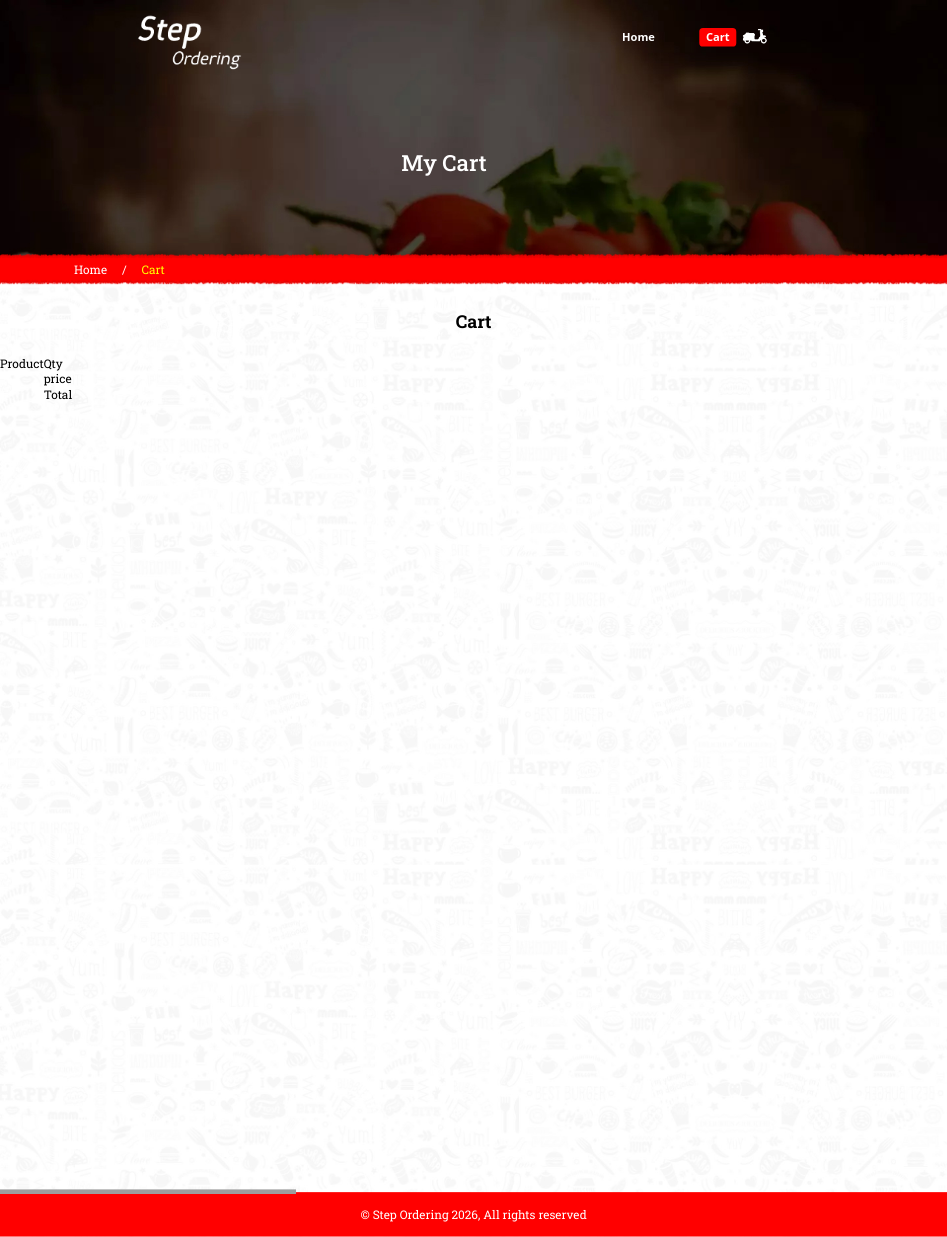
Repository: anastasia29-step/OnlineRestaurant
Page: cart/cart.html
These files come from the project's save history. The page is drawn as it stood at one moment and after the next save; the edit follows.
The browser window is 1280 px wide. The pictures show the whole page, at 74% of full size.
Pictures or frames that could not be fetched are drawn as grey boxes. The page's requests for data from a server got no answer. Some web libraries are served in a nearby version.

Above is the page before, as saved 2026-03-12 18:18:34.

### cart/cart.html
<!DOCTYPE html>
<html lang="en">

<head>
    <meta charset="UTF-8">
    <meta name="viewport" content="width=device-width, initial-scale=1.0">
    <title>Document</title>
    <link rel="stylesheet" href="../style.css">
    <link rel="stylesheet" href="./cart.css">
    <link rel="preconnect" href="https://fonts.googleapis.com">
    <link rel="preconnect" href="https://fonts.gstatic.com" crossorigin>
    <link href="https://fonts.googleapis.com/css2?family=Roboto+Slab:wght@100..900&display=swap" rel="stylesheet">
    <link rel="stylesheet" href="https://cdnjs.cloudflare.com/ajax/libs/font-awesome/7.0.1/css/all.min.css"
        integrity="sha512-2SwdPD6INVrV/lHTZbO2nodKhrnDdJK9/kg2XD1r9uGqPo1cUbujc+IYdlYdEErWNu69gVcYgdxlmVmzTWnetw=="
        crossorigin="anonymous" referrerpolicy="no-referrer" />
</head>

<body>
    <section class="FirstLine">

        <div class="beside" id="navbar">
            <div class="left">
                <a href="../index.html"><img src="../photo/logo.png" alt=""></a>
            </div>

            <div class="right">
                <a href="../index.html">Home</a>
                <a href="./cart.html" class="a">Cart</a>
                <a href="./cart.html">
                    <img src="../photo/istockphoto-609074524-612x612 Background Removed.png" alt=""></a>
            </div>
        </div>

        <div class="bottom">
            <h1>My Cart</h1>
        </div>

    </section>

    <div class="fisrtimg">
        <img src="../photo/border.png" alt="" class="firBorder">
    </div>

    <section class="SecondLine">
        <a href="../index.html">Home</a>
        <p>/</p>
        <a href="./cart.html">Cart</a>
    </section>

    <div class="secondimg">
        <img src="../photo/border.png" alt="" class="firBorder">
    </div>

    <section class="thirdsection">
        <h1>Cart</h1>
    </section>

    <section class="fourthsection">
        <p>Product</p>
        <div class="right">
            <p>Qty</p>
            <p>price</p>
            <p>Total</p>
        </div>
    </section>

    <ul class="kalataList"></ul>

    <footer>
        <p>© Step Ordering 2026, All rights reserved</p>
    </footer>

    <script src="./cart.js"></script>
</body>

</html>

### style.css
* {
    margin: 0;
    padding: 0;
    box-sizing: border-box;
}

.section {
    display: flex;
    flex-direction: column;
    justify-content: center;
    align-items: center;
    padding: 60px;
    gap: 10px;
}

section.section img {
    width: 80%;
    height: 5px;
    display: flex;
    justify-content: center;
    align-items: center;
}

.section h1 {
    font-style: bold;
    font-family: "Roboto Slab", serif;
    font-weight: 900;
}

ul {
    display: flex;
    justify-content: center;
    height: 80px;
    flex-wrap: wrap;
    list-style: none;
    font-weight: 400;
    gap: 18px;
    font-family: system-ui, -apple-system, BlinkMacSystemFont, 'Segoe UI', Roboto, Oxygen, Ubuntu, Cantarell, 'Open Sans', 'Helvetica Neue', sans-serif;
    align-items: center;
    margin-bottom: -12px;
}

ul::after {
    content: "";
    display: block;
    height: 6px;
    background-image: url("border.png");
    background-repeat: repeat-x;
    background-position: bottom;
}

.FirstLine {
    height: 48vh;
    background-image: url(./photo/inner_banner.jpg);
    background-position: center;
    background-repeat: no-repeat;
    background-size: cover;
    padding-left: 170px;
    padding-top: 20px;
}
.beside {
    position: fixed;
    top: 0;
    left: 0;
    width: 100%;
    display: flex;
    justify-content: space-between;
    padding: 20px 170px;
    transition: 0.3s;
    z-index: 1000;
}
.beside.active {
    background: rgba(0, 0, 0, 0.8);
}

.beside.active::after {
    content: "";
    position: absolute;
    bottom: 0;
    left: 0;
    width: 100%;
    height: 100px;
    background-image: url("photo/border.png");
    background-position: bottom;
    background-repeat: repeat-x;
    z-index: -1;
    pointer-events: none;
}

.beside .right {
    display: flex;
    gap: 20px;
    padding-right: 60px;
    padding-top: 20px;
}

.FirstLine .right :first-child:hover {
    color: #FFCC00;
}

.beside .right a {
    text-decoration: none;
    color: white;
    font-family: system-ui, -apple-system, BlinkMacSystemFont, 'Segoe UI', Roboto, Oxygen, Ubuntu, Cantarell, 'Open Sans', 'Helvetica Neue', sans-serif;
    font-size: 15px;
    font-weight: 700;
    cursor: pointer;
}

.beside .right .a {
    background-color: red;
    width: 50px;
    height: 25px;
    padding-top: 2px;
    text-align: center;
    border-radius: 5px;
    margin-top: -2px;
    margin-left: 40px;
}

.beside .right .a:hover+a img {
    transform: translateX(50px);
}

.beside .right img {
    width: 60px;
    margin-top: -21px;
    margin-left: -25px;
    transition: transform 3.0s;
}

.FirstLine .bottom h1 {
    text-align: center;
    color: white;
    margin-top: 180px;
    margin-right: 250px;
    font-size: 30px;
    font-weight: 500;
    font-family: "Roboto Slab", serif;
}

.section h1 {
    font-weight: 500;
    font-size: 35px;
}

ul li {
    height: 100%;
    font-size: 20px;
    cursor: pointer;
    transition: 0.5s;
    display: flex;
    flex-wrap: wrap;
    justify-content: center;
    align-items: center;
    padding: 5px;
    position: relative;
}

ul li:hover {
    background-color: red;
    color: white;
    position: relative;

}

ul li:hover::after {
    position: absolute;
    left: 0;
    right: 0;
    top: -4px;
    margin: auto;
    content: "";
    background: url(https://restaurant.stepprojects.ge/images/copyright_border.png);
    width: 100%;
    height: 6px;
    background-repeat: no-repeat;
}

ul li:hover::before {
    position: absolute;
    content: "";
    left: -4px;
    bottom: 0;
    top: 0;
    margin: auto;
    background: url(/photo/hover_Vbg.png);
    width: 6px;
}

.sectionCard {
    display: flex;
    width: 100%;
    padding: 60px;
    margin-top: -140px;
    justify-content: center;
    gap: 60px;
    /* gap: 40px;
    align-items: start; */
}

.leftSide {
    width: 300px;
    width: 30%;
    padding: 40px;
    margin-left: 50px;
    position: relative;
}

.filteredCard {
    width: 250px;
    height: 390px;
    display: flex;
    flex-direction: column;
    justify-content: space-between;
    align-items: center;
    padding: 20px;
    padding-bottom: 20px;
    background-color: #F1F1F1;
    border: 1px solid rgb(174, 172, 172);
    border-radius: 5px;
    font-family: system-ui, -apple-system, BlinkMacSystemFont, 'Segoe UI', Roboto, Oxygen, Ubuntu, Cantarell, 'Open Sans', 'Helvetica Neue', sans-serif;
    font-size: 18px;
    margin-left: 50px;
}
.filteredCard p {
    margin-top: -5px;
    margin-bottom: 10px;
    font-size: 15px;
}

.first {
    display: flex;
    width: 100%;
    justify-content: space-between;
}

.next {
    display: flex;
    align-items: center;
    text-align: center;
    width: 200px;
    height: 40px;
    gap: 10px;
    margin-top: -30px;
    margin-bottom: -10px;
}

.next .check {
    width: 20px;
    height: 20px;
    cursor: pointer;
    appearance: none;
    border: 2px solid grey;
    border-radius: 2px;
}

.next .check:checked {
    background-color: red;
    border: 2px solid red;
}

.next .check:checked::after {
    content: "✔";
    color: white;
    font-size: 14px;
    display: flex;
    justify-content: center;
    align-items: center;
}

.check:hover {
    border: 2px solid black;
}

.next p {
    font-size: 15px;
    margin-top: 5px;
}

.filteredCard button {
    height: 45px;
    width: 210px;
    background-color: #FF0000;
    color: white;
    border: none;
    border-radius: 5px;
    cursor: pointer;
    transition: 0.5s;
    font-size: 16px;
    font-family: system-ui, -apple-system, BlinkMacSystemFont, 'Segoe UI', Roboto, Oxygen, Ubuntu, Cantarell, 'Open Sans', 'Helvetica Neue', sans-serif;
    font-weight: 800;
}

.reset {
    margin-bottom: 25px;
}

.range {
    width: 90%;
    appearance: none;
    -webkit-appearance: none;
    margin-top: -40px;
}

.range::-webkit-slider-runnable-track {
    height: 10px;
    background: #FF0000;
    border-radius: 10px;
}

.range::-webkit-slider-thumb {
    appearance: none;
    -webkit-appearance: none;
    width: 20px;
    height: 20px;
    background-color: white;
    border-radius: 50%;
    border: 1px solid grey;
    cursor: pointer;
    margin-top: -6px;
}

.range::-moz-range-track {
    height: 6px;
    background-color: red;
    border-radius: 10px;
}

.range::-moz-range-thumb {
    width: 18px;
    height: 18px;
    background-color: white;
    border-radius: 50%;
    cursor: pointer;
}


.filteredCard button:hover {
    background-color: #FFCC00;
}

.rightSide {
    display: flex;
    justify-content: center;
    flex-wrap: wrap;
    padding: 40px;
    gap: 25px;
    margin-left: -150px;
}

.card {
    width: 250px;
    height: 420px;
    display: flex;
    flex-direction: column;
    align-items: center;
    justify-content: space-between;
    padding-bottom: 15px;
    border: 2px solid #CFCFCF;
    border-radius: 17px;
    cursor: pointer;
    transition: 0.5s;
    position: relative;
}

.card:hover {
    box-shadow: 0 0 20px black;
}

.card img {
    width: 100%;
    height: 202px;
    object-fit: cover;
    margin-top: -2px;
    border-top-left-radius: 17px;
    border-top-right-radius: 17px;
    background-color: #CFCFCF;
}

.card h1 {
    font-size: 20px;
    font-family: system-ui, -apple-system, BlinkMacSystemFont, 'Segoe UI', Roboto, Oxygen, Ubuntu, Cantarell, 'Open Sans', 'Helvetica Neue', sans-serif;
}

.sides {
    display: flex;
    justify-content: center;
    gap: 7px;
}

.checks {
    display: flex;
    gap: 3px;
}

.card .bottom {
    width: 100%;
    padding: 10px;
    display: flex;
    justify-content: space-between;
    align-items: center;
}

.card .bottom button {
    height: 38px;
    width: 104px;
    display: flex;
    justify-content: center;
    align-items: center;
    border: 2px double rgb(26, 26, 26);
    background-color: transparent;
    transition: 0.5s;
    cursor: pointer;
    position: relative;
}

.card .bottom button::before {
    content: "";
    top: -3px;
    left: -4px;
    position: absolute;
    background: url(/photo/bt_border.png);
    width: 108px;
    height: 42px;
}

.card .bottom button:hover {
    background-color: #FF0000;
    color: white;
    border: none;
}

.card .bottom button:hover::before {
    content: "";
    top: -3px;
    left: -4px;
    position: absolute;
    background: url(/photo/bt_hoverborder.png);
    width: 108px;
    height: 42px;
}

footer {
    background-color: #FF0000;
    height: 60px;
    width: 1200px;
    display: flex;
    justify-content: center;
    align-items: center;
    text-align: center;
    color: white;
    position: relative;
    float: left;
    width: 100%;
    padding: 18px;

}

footer::after {
    position: absolute;
    left: 0;
    right: 0;
    top: -4px;
    margin: auto;
    content: "";
    background: url(https://restaurant.stepprojects.ge/images/copyright_border.png);
    width: 100%;
    height: 6px;
    background-repeat: no-repeat;
}

### cart/cart.css
* {
    margin: 0;
    padding: 0;
    box-sizing: border-box;
    font-family: "Roboto Slab", serif;
}

body {
    background-image: url(../photo/cart_bg.jpg);
    background-position: center;
    background-size: contain;
}

section.SecondLine {
    background-color: #FF0000;
    height: 35px;
    display: flex;
    width: 100%;
    gap: 20px;
    padding-left: 100px;
    align-items: center;
    color: white;
    margin-top: -7px;
}

section.SecondLine a {
    text-decoration: none;
    color: white;
}

section.SecondLine a:nth-child(3) {
    color: yellow;
}

.fisrtimg {
    margin-top: -14px;
}

.fisrtimg img {
    width: 100%;
    height: 7px;
}

.secondimg {
    margin-top: -14px;

}

.secondimg img {
    width: 100%;
    height: 7px;
}

.thirdsection {
    display: flex;
    justify-content: center;
    align-items: center;
    margin: 30px;
}

.fourthsection {
    display: flex;
}

.kalataList {
    display: flex;
    flex-direction: column;
}

li {
    /* box-shadow: 0 0 5px black;
    display: grid;
    grid-template-columns: 1fr 2fr 1fr 1fr 1fr 1fr;
    grid-auto-rows: 70px;
    align-items: center;
    padding-inline: 40px;
    justify-content: space-between;
    font-family: 'Gill Sans', 'Gill Sans MT', Calibri, 'Trebuchet MS', sans-serif; */
}


li img {
    width: 50px;
    height: 50px;
}

li h3 button {
    width: 30px;
    height: 30px;
}


li > button {
    background-color: red;
    width: 60px;
    height: 50px;
    display: block;
    margin: auto;
}



footer {
    margin-top: 1000px;
}

### cart/cart.js
let kalataList = document.querySelector("kalataList")
function getAllCart() {
    fetch("https://restaurant.stepprojects.ge/api/Baskets/GetAll")
        .then(pasuxi => pasuxi.json())
        .then(data => data.forEach((item) => kalataList.innerHTML += list(item)))
}
getAllCart()
function list(item) {
    return `<li>
            <img src="${item.product.image}" alt="">
            <h3>${item.product.name}</h3>
            <h3><button onclick="increase(${item.quantity}, ${item.product.id}, ${item.price})">+</button> ${item.quantity}  <button>-</button> </h3>
            <h3> ${item.price} ₾ </h3>
            <h3> ${item.quantity * item.price} ₾ </h3>
            <button>X</button>
        </li>`
}
function increase (quantity, id, price){
    quantity++
    let info = {
        quantity: quantity,
        price: price,
        productId: id
    }
    kalataList.innerHTML = ""
    fetch("https://restaurant.stepprojects.ge/api/Baskets/UpdateBasket",{
        method: "PUT",
        headers: {
            accept: "*/*",
            "Content-Type": "application/json"
        },
        body: JSON.stringify(info)
    }).then(pasuxi => pasuxi.json())
    .then(() => getAllCart())
    console.log("blbajkbxjka");

}

let nav = document.getElementById("navbar")
window.addEventListener("scroll", function () {

    if (window.scrollY > 50) {
        nav.classList.add("active")
    } else {
        nav.classList.remove("active")
    }

})

After the next save:
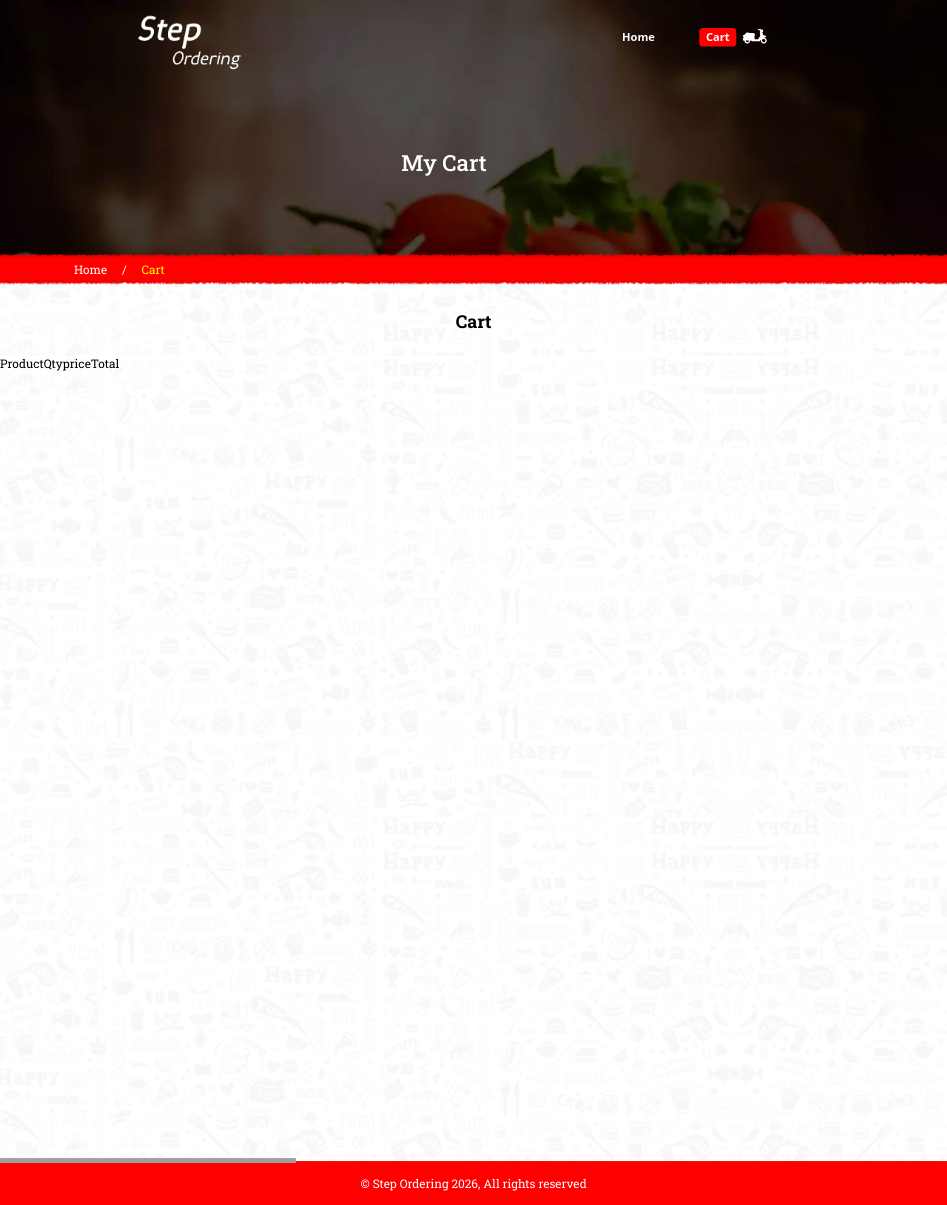
Saved 17 s later.
--- a/cart/cart.css
+++ b/cart/cart.css
@@ -62,6 +62,10 @@
     display: flex;
 }
 
+.fourthsection .right {
+    display: flex;
+}
+
 .kalataList {
     display: flex;
     flex-direction: column;
